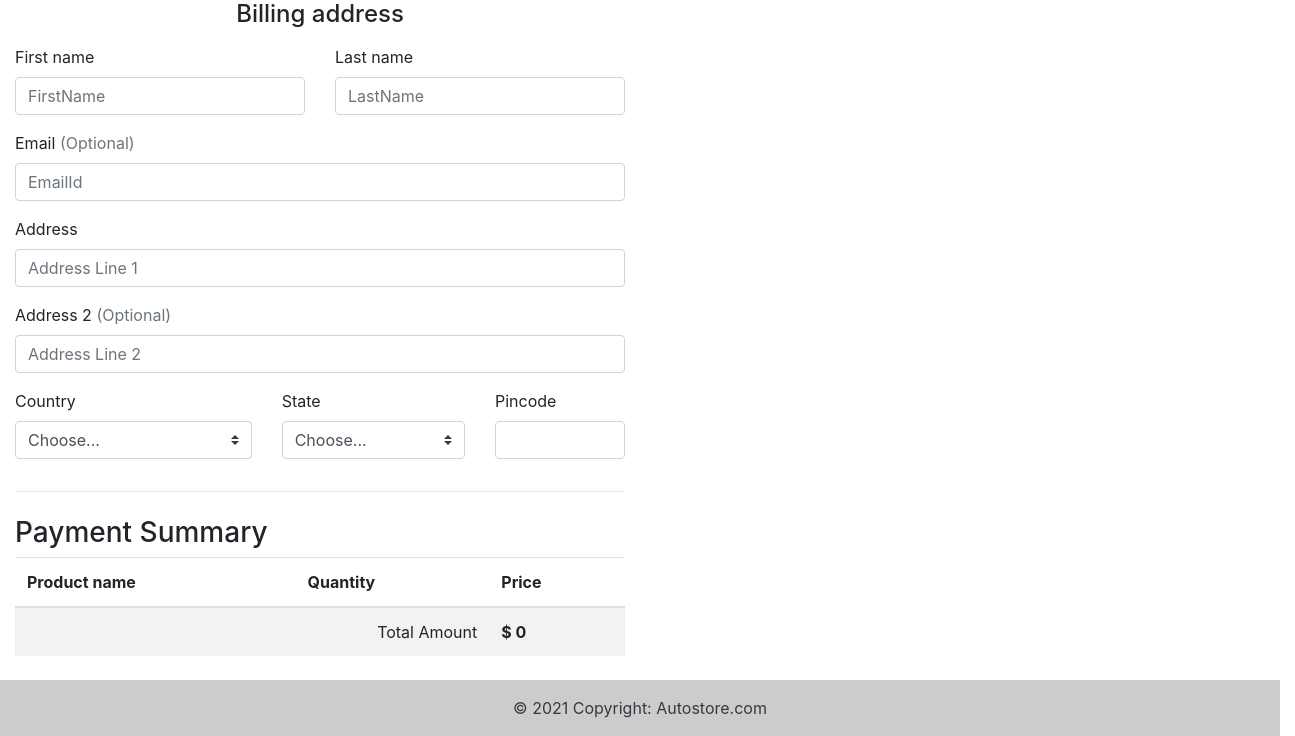
Repository: pravinsakthivel/ecommerce
Page: /checkout
An editor plug-in stored every save of this project. The page is shown before and after the next save, followed by the edit.
The browser window is 1280 px wide. The page is 1295 px wide, so the pictures cover 1295 px, including what lies to the right of the window. The pictures show the whole page.
The project was rebuilt for these pictures with package versions that can differ from the ones it lists, and the page was loaded fresh each time. Also part of the build but not shown: src/components/UI/BaseButton.vue, src/components/ProductItem.vue, src/components/UI/ShoppingCartIcon.vue, src/components/UI/NavigationBar.vue, src/components/UI/SearchBar.vue, src/components/ProductDescriptionModal.vue, src/components/ProductList.vue, src/components/CartList.vue and 5 more.

Above is the page before, as saved 2021-04-10 22:17:08.

After the next save:
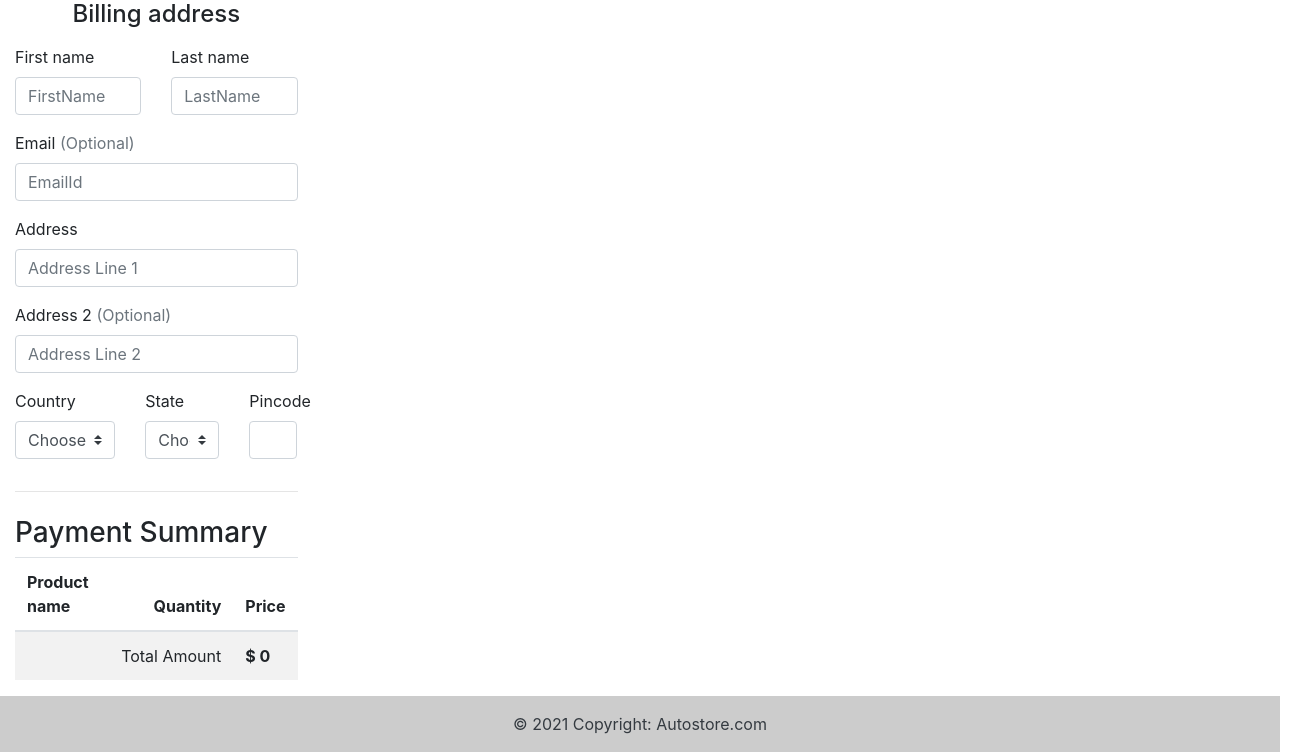
Saved 85 s later.
--- a/src/components/CheckoutPage.vue
+++ b/src/components/CheckoutPage.vue
@@ -1,6 +1,6 @@
 <template>
 <div class="row">
-  <div class="col-md-12">
+  <div class="col-md-12 col-lg-6 col-sm-6">
     <div class="col-md-6 ">
       <h4 class="mb-3 text-center">Billing address</h4>
       <form>

After the 3 saves that followed:
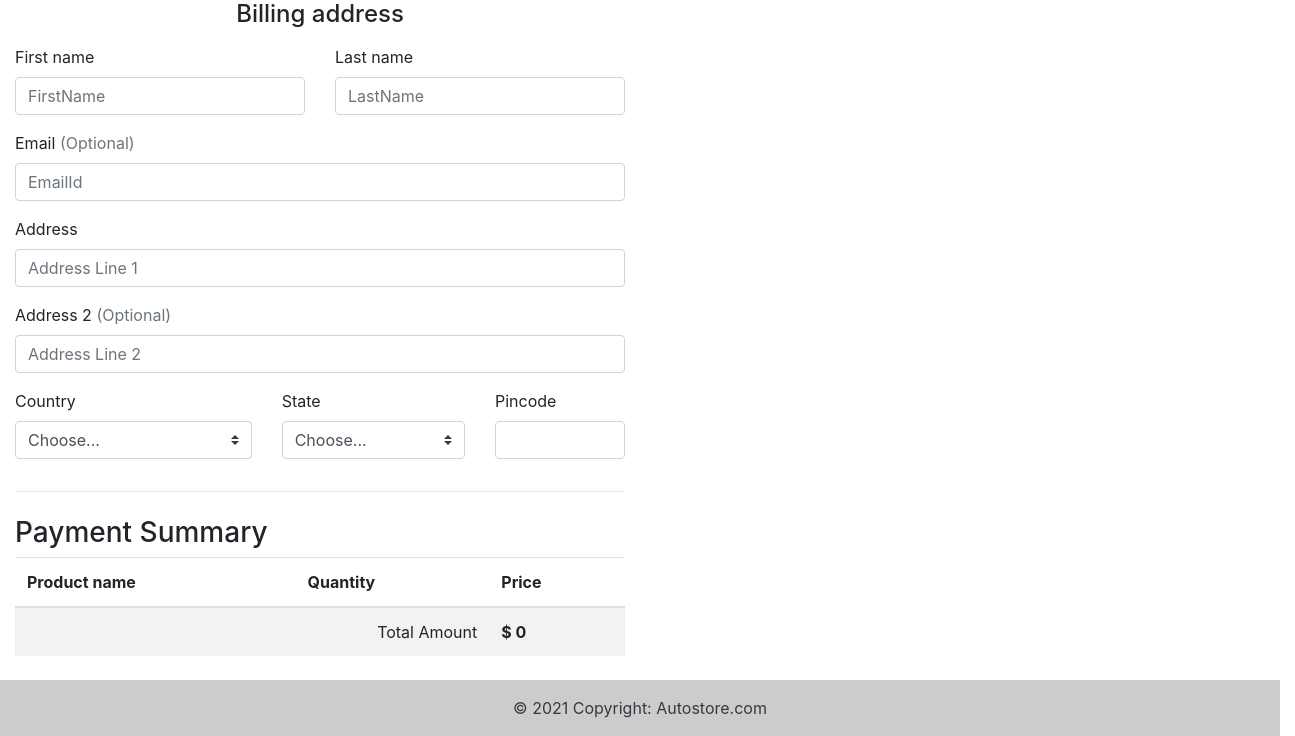
The 3 saves are shown as one change because 2 left the picture as it was.
The last was saved 34 s later.
--- a/src/components/CheckoutPage.vue
+++ b/src/components/CheckoutPage.vue
@@ -1,6 +1,6 @@
 <template>
 <div class="row">
-  <div class="col-md-12 col-lg-6 col-sm-6">
+  <div class="col-md-12">
     <div class="col-md-6 ">
       <h4 class="mb-3 text-center">Billing address</h4>
       <form>
